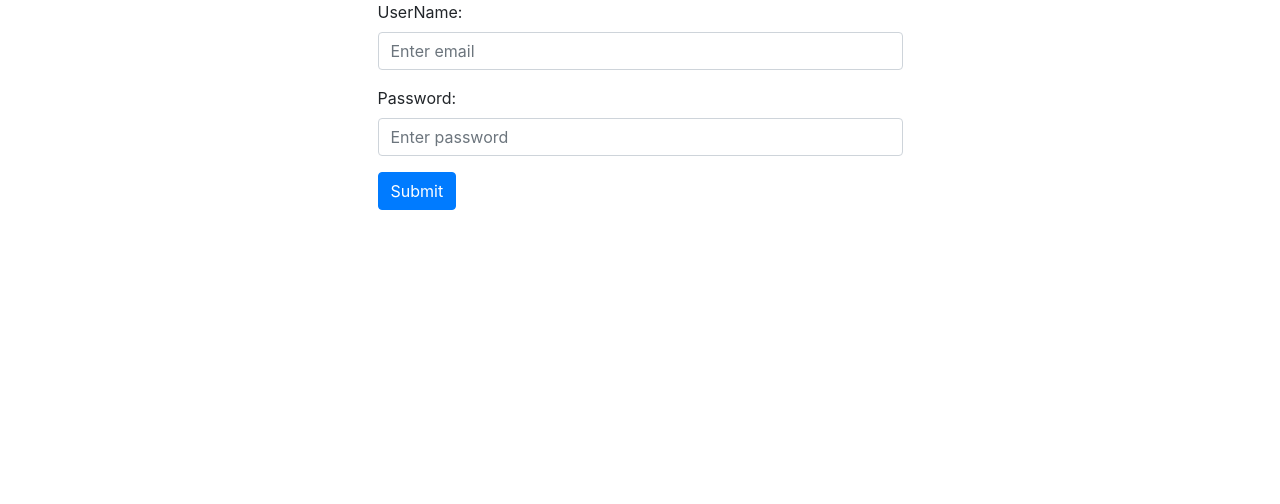
Repository: huutien1904/bai3-ltw
Page: http://localhost/login.php
These files come from the project's save history. The page is drawn as it stood at one moment and after the next save; the edit follows.
The browser window is 1280 px wide. The pictures show the whole page.
The page is run by PHP 8.4 with error messages shown; the project is at /var/www/html/.

Above is the page before, as saved 2021-11-19 23:59:51.

After the next save:
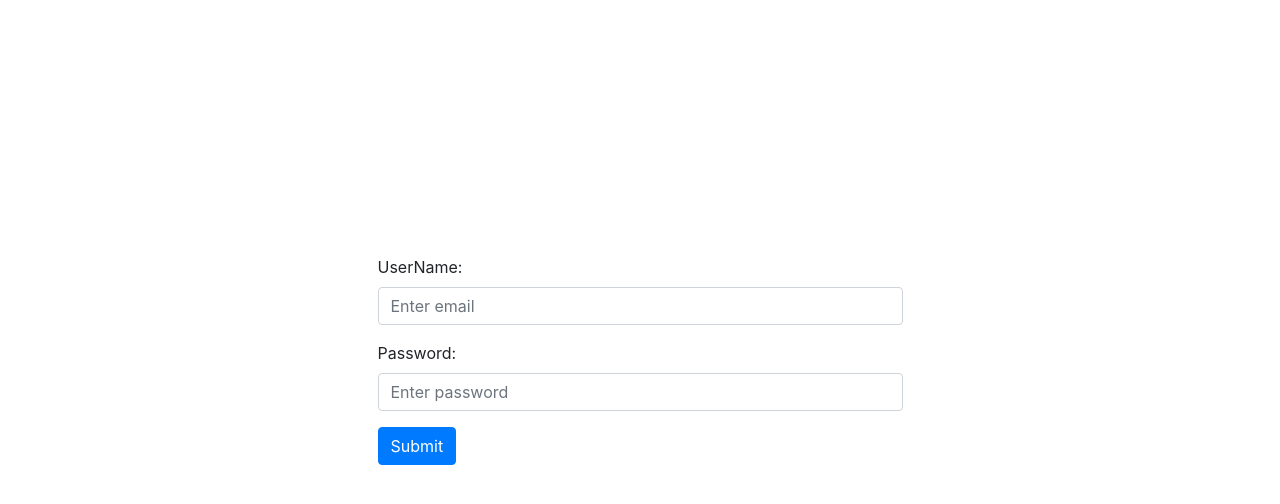
Saved 116 s later.
--- a/login.php
+++ b/login.php
@@ -11,7 +11,7 @@
     <title>Login Quản lý khách hàng</title>
 </head>
 <body>
-    <div class="container  d-flex justify-content-center align-items-center" style="heght:100vh;">
+    <div class="container  d-flex justify-content-center align-items-center" style="height:100vh;">
         <div class="col-md-6">
             <form action="/action_page.php">
                 <div class="form-group">
